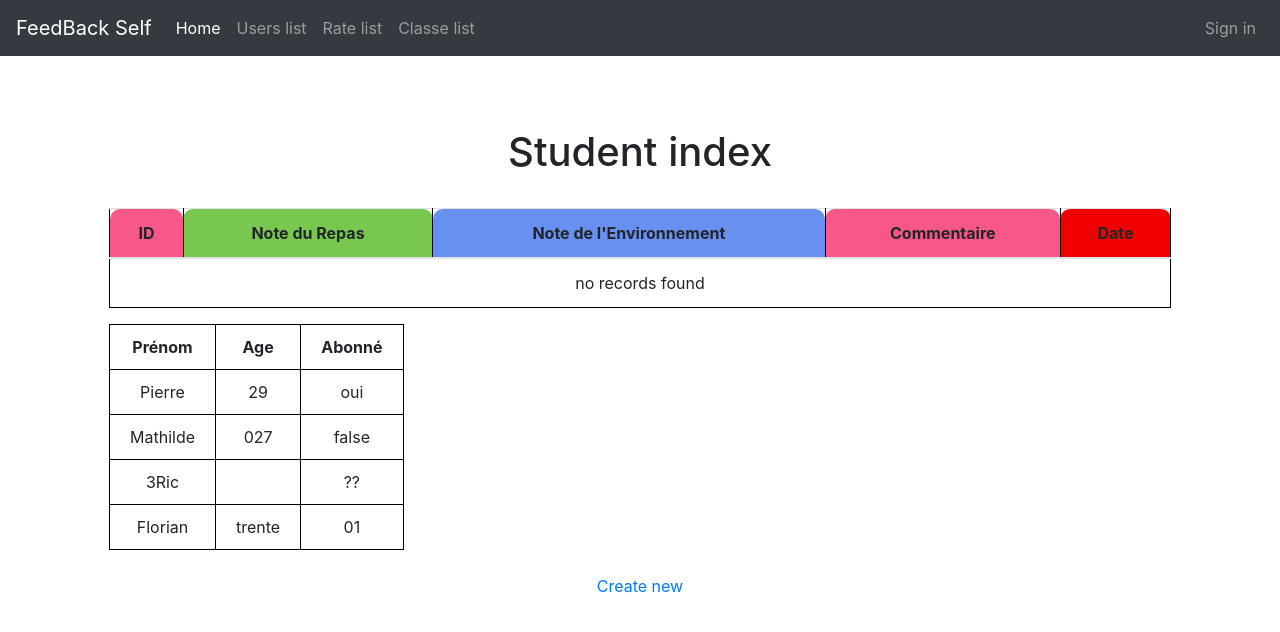
Repository: yaperson/self-feedback1
Page: templates/student/index.html.twig
An editor plug-in stored every save of this project. The page is shown before and after the next save, followed by the edit.
The browser window is 1280 px wide. The pictures show the whole page.
Some web libraries are served in a nearby version. The page is a Twig template of a Symfony application; nobody is signed in and links lead nowhere. The template is opened directly, without the code that normally fills it, so the values that code supplies are empty.

Above is the page before, as saved 2021-12-14 15:58:45.

After the next save:
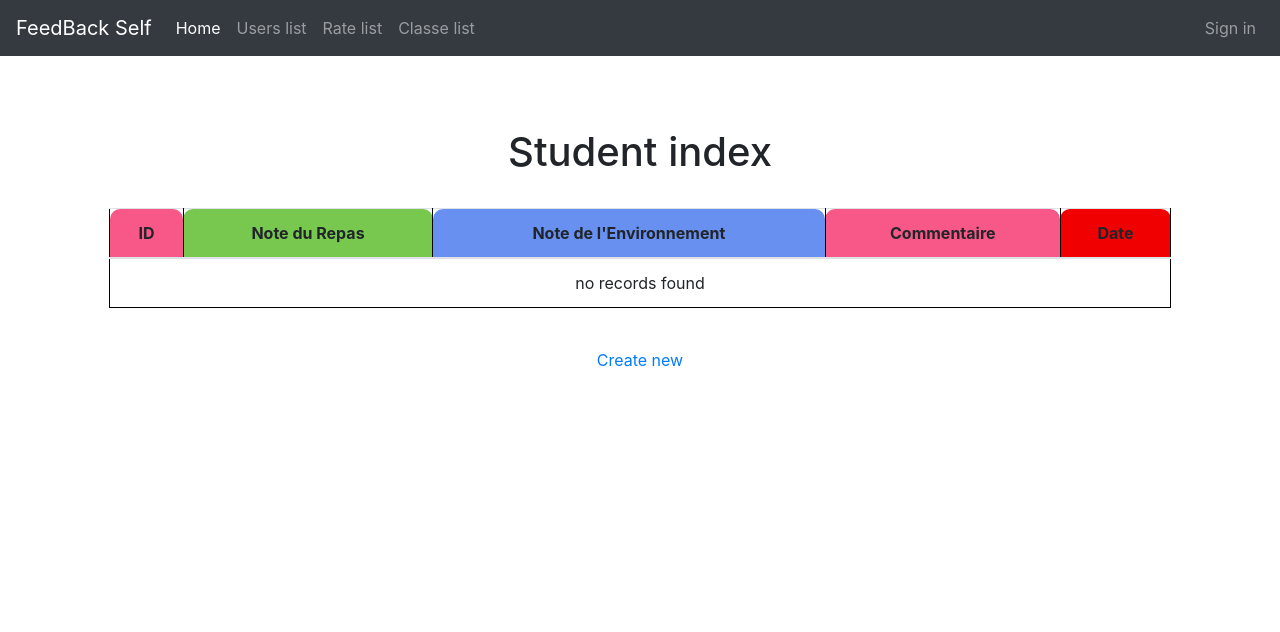
Saved 29 s later.
--- a/templates/student/index.html.twig
+++ b/templates/student/index.html.twig
@@ -36,37 +36,6 @@
         </tbody>
     </table>
 
-    <table>
-    <thead>
-        <tr>
-        <th>Prénom</th>
-        <th>Age</th>
-        <th>Abonné</th>
-        </tr>
-    </thead><tbody>
-    <tr>
-        <td>Pierre</td>
-        <td>29</td>
-        <td>oui</td>
-    </tr>
-    <tr>
-        <td>Mathilde</td>
-        <td>027</td>
-        <td>false</td>
-    </tr>
-    <tr>
-        <td>3Ric</td>
-        <td></td>
-        <td>??</td>
-    </tr>
-    <tr>
-        <td>Florian</td>
-        <td>trente</td>
-        <td>01</td>
-    </tr>
-    </tbody>
-    </table>
-
     <br>
 
     <a href="{{ path('student_new') }}">Create new</a>
